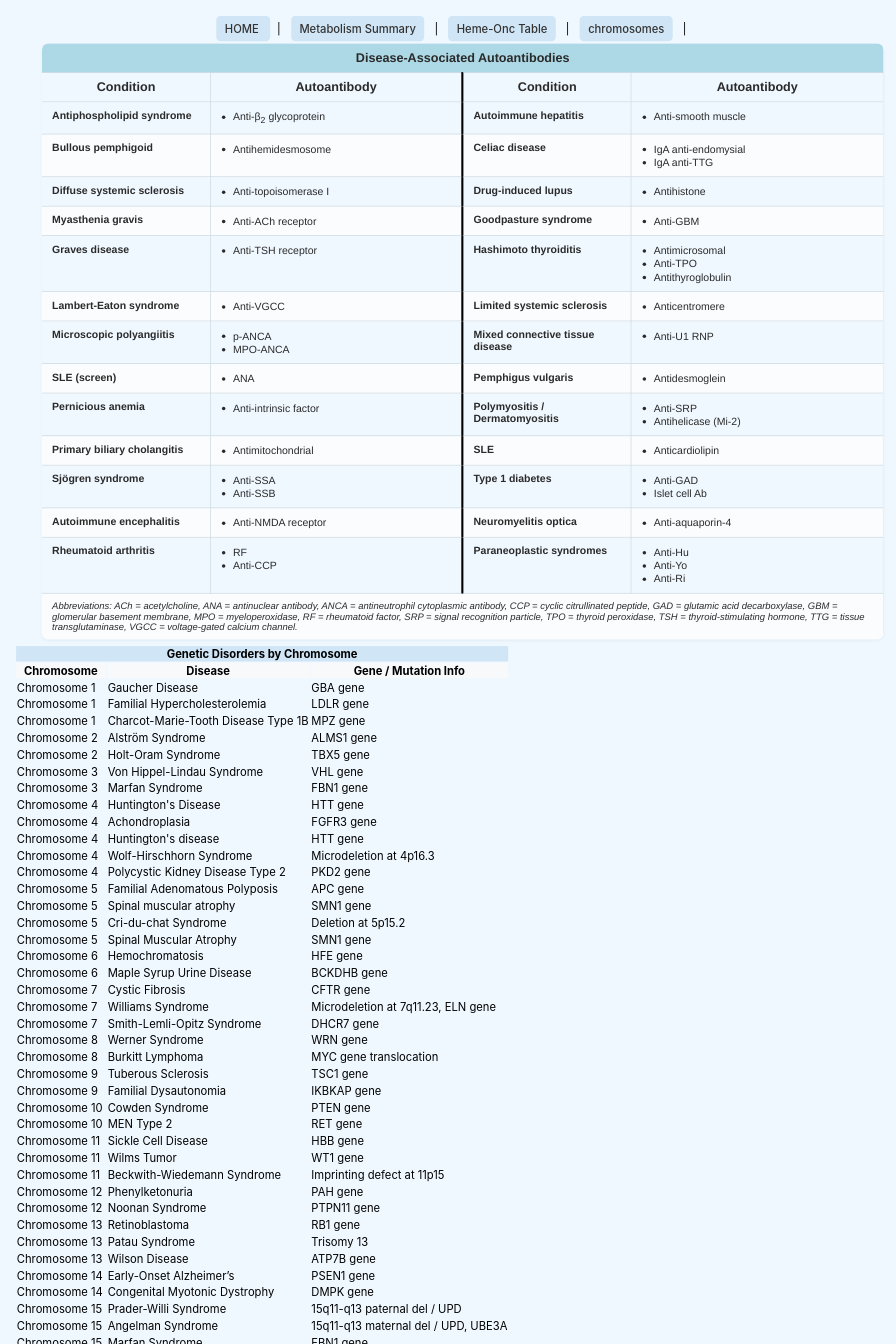
Repository: sharperdragon/STEVEL-1-Summaries
Page: subdex/chromosomes.html
An editor plug-in stored every save of this project. The page is shown before and after the next save, followed by the edit.
The browser window is 1280 px wide. The pictures show the part of the page from y = 0 to 1920 px (the page is 3008 px tall before and 2148 px after), at 70% of full size.

Above is the page before, as saved 2025-05-19 13:24:18.

After the next save:
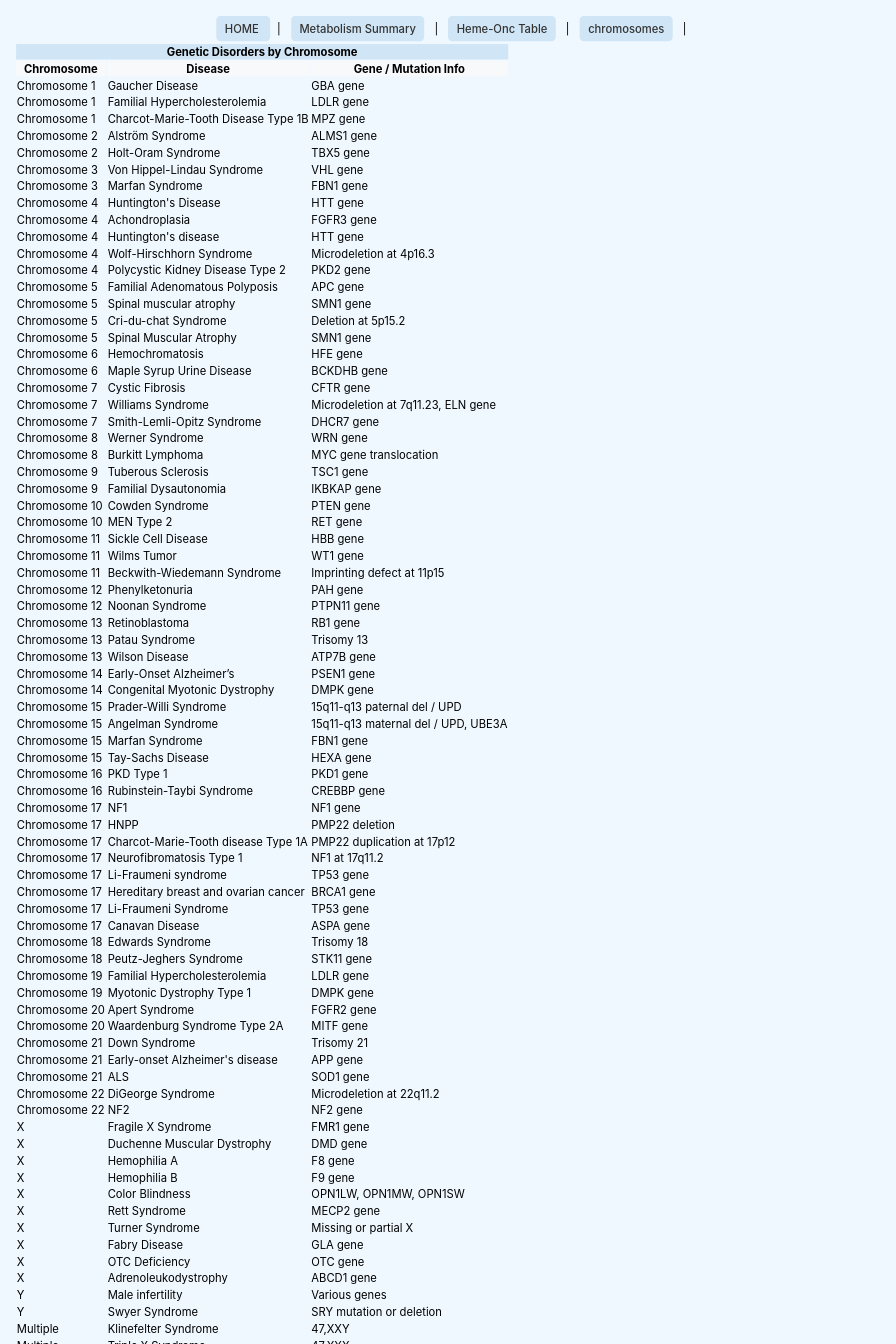
Saved 8 s later.
--- a/subdex/chromosomes.html
+++ b/subdex/chromosomes.html
@@ -17,108 +17,6 @@
   <a href="subdex/chromosomes.html" class="nav-link">chromosomes</a> |
 </nav>
 
-<div class="table-responsive">
-<table class="autoantibody-table" border="1" cellspacing="0" cellpadding="6" style="border-collapse: collapse; width: 100%;">
-  <thead>
-    <tr>
-      <th colspan="4" style="background-color: #add8e6; text-align: center; font-size: 1.2em;">
-        <strong>Disease-Associated Autoantibodies</strong>
-      </th>
-    </tr>
-    <tr>
-      <th style="background-color: #f0f8ff; text-align: center;">Condition</th>
-      <th style="background-color: #f0f8ff; text-align: center; border-right: 3px solid black;">Autoantibody</th>
-      <th style="background-color: #f0f8ff; text-align: center;">Condition</th>
-      <th style="background-color: #f0f8ff; text-align: center;">Autoantibody</th>
-    </tr>
-  </thead>
-  <tbody>
-    <tr>
-      <td><strong>Antiphospholipid syndrome</strong></td>
-      <td style="border-right: 3px solid black;"><ul><li>Anti-β<sub>2</sub> glycoprotein</li></ul></td>
-      <td><strong>Autoimmune hepatitis</strong></td>
-      <td><ul><li>Anti-smooth muscle</li></ul></td>
-    </tr>
-    <tr>
-      <td><strong>Bullous pemphigoid</strong></td>
-      <td style="border-right: 3px solid black;"><ul><li>Antihemidesmosome</li></ul></td>
-      <td><strong>Celiac disease</strong></td>
-      <td><ul><li>IgA anti-endomysial</li><li>IgA anti-TTG</li></ul></td>
-    </tr>
-    <tr>
-      <td><strong>Diffuse systemic sclerosis</strong></td>
-      <td style="border-right: 3px solid black;"><ul><li>Anti-topoisomerase I</li></ul></td>
-      <td><strong>Drug-induced lupus</strong></td>
-      <td><ul><li>Antihistone</li></ul></td>
-    </tr>
-    <tr>
-      <td><strong>Myasthenia gravis</strong></td>
-      <td style="border-right: 3px solid black;"><ul><li>Anti-ACh receptor</li></ul></td>
-      <td><strong>Goodpasture syndrome</strong></td>
-      <td><ul><li>Anti-GBM</li></ul></td>
-    </tr>
-    <tr>
-      <td><strong>Graves disease</strong></td>
-      <td style="border-right: 3px solid black;"><ul><li>Anti-TSH receptor</li></ul></td>
-      <td><strong>Hashimoto thyroiditis</strong></td>
-      <td><ul><li>Antimicrosomal</li><li>Anti-TPO</li><li>Antithyroglobulin</li></ul></td>
-    </tr>
-    <tr>
-      <td><strong>Lambert-Eaton syndrome</strong></td>
-      <td style="border-right: 3px solid black;"><ul><li>Anti-VGCC</li></ul></td>
-      <td><strong>Limited systemic sclerosis</strong></td>
-      <td><ul><li>Anticentromere</li></ul></td>
-    </tr>
-    <tr>
-      <td><strong>Microscopic polyangiitis</strong></td>
-      <td style="border-right: 3px solid black;"><ul><li>p-ANCA</li><li>MPO-ANCA</li></ul></td>
-      <td><strong>Mixed connective tissue disease</strong></td>
-      <td><ul><li>Anti-U1 RNP</li></ul></td>
-    </tr>
-    <tr>
-      <td><strong>SLE (screen)</strong></td>
-      <td style="border-right: 3px solid black;"><ul><li>ANA</li></ul></td>
-      <td><strong>Pemphigus vulgaris</strong></td>
-      <td><ul><li>Antidesmoglein</li></ul></td>
-    </tr>
-    <tr>
-      <td><strong>Pernicious anemia</strong></td>
-      <td style="border-right: 3px solid black;"><ul><li>Anti-intrinsic factor</li></ul></td>
-      <td><strong>Polymyositis / Dermatomyositis</strong></td>
-      <td><ul><li>Anti-SRP</li><li>Antihelicase (Mi-2)</li></ul></td>
-    </tr>
-    <tr>
-      <td><strong>Primary biliary cholangitis</strong></td>
-      <td style="border-right: 3px solid black;"><ul><li>Antimitochondrial</li></ul></td>
-      <td><strong>SLE</strong></td>
-      <td><ul><li>Anticardiolipin</li></ul></td>
-    </tr>
-    <tr>
-      <td><strong>Sjögren syndrome</strong></td>
-      <td style="border-right: 3px solid black;"><ul><li>Anti-SSA</li><li>Anti-SSB</li></ul></td>
-      <td><strong>Type 1 diabetes</strong></td>
-      <td><ul><li>Anti-GAD</li><li>Islet cell Ab</li></ul></td>
-    </tr>
-    <tr>
-      <td><strong>Autoimmune encephalitis</strong></td>
-      <td style="border-right: 3px solid black;"><ul><li>Anti-NMDA receptor</li></ul></td>
-      <td><strong>Neuromyelitis optica</strong></td>
-      <td><ul><li>Anti-aquaporin-4</li></ul></td>
-    </tr>
-    <tr>
-      <td><strong>Rheumatoid arthritis</strong></td>
-      <td style="border-right: 3px solid black;"><ul><li>RF</li><li>Anti-CCP</li></ul></td>
-      <td><strong>Paraneoplastic syndromes</strong></td>
-      <td><ul><li>Anti-Hu</li><li>Anti-Yo</li><li>Anti-Ri</li></ul></td>
-    </tr>
-    <tr>
-      <td colspan="4" style="font-size: 90%; padding-top: 10px;">
-        <em>Abbreviations: ACh = acetylcholine, ANA = antinuclear antibody, ANCA = antineutrophil cytoplasmic antibody, CCP = cyclic citrullinated peptide, GAD = glutamic acid decarboxylase, GBM = glomerular basement membrane, MPO = myeloperoxidase, RF = rheumatoid factor, SRP = signal recognition particle, TPO = thyroid peroxidase, TSH = thyroid-stimulating hormone, TTG = tissue transglutaminase, VGCC = voltage-gated calcium channel.</em>
-      </td>
-    </tr>
-  </tbody>
-</table>
-</div>
 
 <div class="table-container">
   <table class="chromosomes-table">
